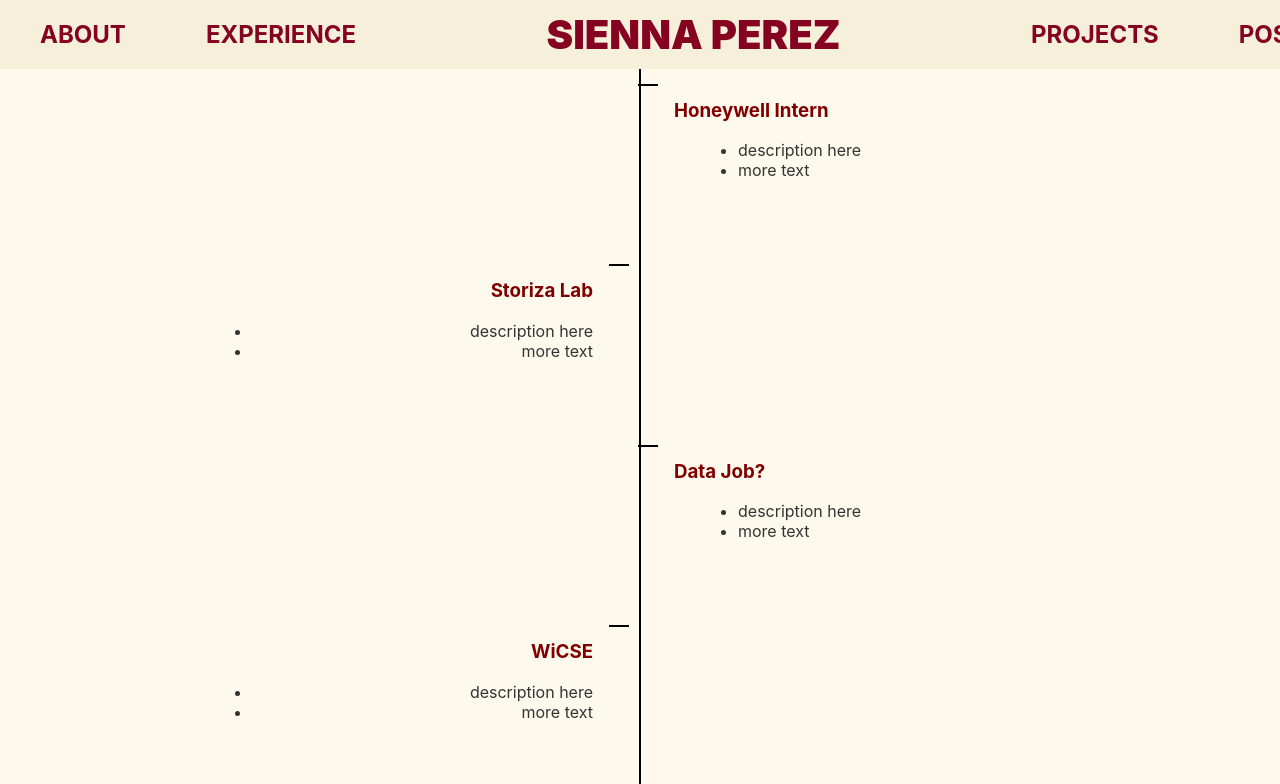
Repository: siennaperez/siennaperezweb
Page: /experience
An editor plug-in stored every save of this project. The page is shown before and after the next save, followed by the edit.
The browser window is 1280 px wide. The pictures show the whole page.
An inner scrolling area shows only its first screen. The project was rebuilt for these pictures with package versions that can differ from the ones it lists, and the page was loaded fresh each time. Also part of the build but not shown: src/App.css, src/pages/About.css, src/pages/About.js, src/pages/Home.js.

Above is the page before, as saved 2025-09-21 15:16:35.

### src/App.js
import './App.css';
import ReactDOM from "react-dom/client";
import { BrowserRouter, Routes, Route, Link } from "react-router-dom";
import Navbar from "./components/Navbar";
import Home from "./pages/Home";
import About from "./pages/About";
import Experience from "./pages/Experience";


function App() {
  return (
    <BrowserRouter>
      <Navbar />
      <Routes>
        <Route path="/" element={<Home />} />
        <Route path="/about" element={<About />} />
        <Route path="/experience" element={<Experience />} />

      </Routes>
    </BrowserRouter>
  );
}

export default App;

const root = ReactDOM.createRoot(document.getElementById('root'));
root.render(<App />);

### src/components/Navbar.js
import "./Navbar.css";

import { Link } from 'react-router-dom';

const Navbar = () => {
  return (
    <nav className= "navbar">
      <ul className="nav-list">
        <div class="nav-left">
      <li class="nav-item"><a href="/about">ABOUT</a></li>
      <li class="nav-item"><a href="/experience">EXPERIENCE</a></li>
    </div>

    <div class="nav-center">
      <li class="nav-item"><a href="/">SIENNA PEREZ</a></li>
    </div>

    <div class="nav-right">
      <li class="nav-item"><a href="/projects">PROJECTS</a></li>
      <li class="nav-item"><a href="/posts">POSTS</a></li>
    </div>
      </ul>

    </nav>
  );
}

export default Navbar;

### src/pages/Experience.js
import "./Experience.css";


function Experience() {
return (
    <div className="experience-container">
      <div className="timeline">
        {/* Honeywell */}
        <div className="timeline-item right">
          <h3>Honeywell Intern</h3>
          <ul>
            <li>description here</li>
            <li>more text</li>
          </ul>
        </div>

        {/* Storiza Lab */}
        <div className="timeline-item left">
          <h3>Storiza Lab</h3>
          <ul>
            <li>description here</li>
            <li>more text</li>
          </ul>
        </div>

        {/* Data Job */}
        <div className="timeline-item right">
          <h3>Data Job?</h3>
          <ul>
            <li>description here</li>
            <li>more text</li>
          </ul>
        </div>

        {/* WiCSE */}
        <div className="timeline-item left">
          <h3>WiCSE</h3>
          <ul>
            <li>description here</li>
            <li>more text</li>
          </ul>
        </div>

        {/* WECE */}
        <div className="timeline-item right">
          <h3>WECE</h3>
          <ul>
            <li>description here</li>
            <li>more text</li>
          </ul>
        </div>
      </div>
    </div>
  );
}
  export default Experience;

### src/components/Navbar.css
.navbar {
  background-color: #F6F0DA;
  padding: 10px 40px;
  position: fixed;
  width: 100%;
  top: 0;
  z-index: 100;
}

.nav-list {
  display: flex;
  justify-content: space-between;
  align-items: center;
  list-style: none;
  margin: 0;
  padding: 0;
  font-weight: bold;
  font-size: 24px;
  color: #850221;
}

.nav-left,
.nav-right {
  display: flex;
  gap: 80px;
}

.nav-center {
  font-size: 40px;
  font-weight: 900;
}

.nav-item a {
  text-decoration: none;
  color: #850221;
}

### src/pages/Experience.css
.experience-container {
  background-color: #fdf9ed; /* light beige like mockup */
  padding: 2rem;
  height: 100vh;
  overflow-y: scroll; /* makes it scroll */
}

.timeline {
  position: relative;
  margin: 0 auto;
  width: 80%;
  max-width: 900px;
}

.timeline::before {
  content: "";
  position: absolute;
  top: 0;
  bottom: 0;
  left: 50%;
  width: 2px;
  background: #000;
  transform: translateX(-50%);
}

/* Each timeline item */
.timeline-item {
  width: 45%;
  padding: 1rem;
  position: relative;
  margin: 2rem 0;
}

.timeline-item h3 {
  color: #800000; /* deep red like mockup */
  font-weight: bold;
}

.timeline-item ul {
  list-style-type: disc;
  margin-left: 1.5rem;
  color: #333;
}

/* Positioning left & right */
.timeline-item.left {
  text-align: right;
  left: -2%;
}

.timeline-item.right {
  text-align: left;
  left: 52%;
}

/* Add connector line */
.timeline-item.left::before,
.timeline-item.right::before {
  content: "";
  position: absolute;
  top: 20px;
  width: 20px;
  height: 2px;
  background: #000;
}

.timeline-item.left::before {
  right: -20px;
}

.timeline-item.right::before {
  left: -20px;
}

Loaded but not shown: public/index.html (common file); src/index.js (common file); src/index.css (common file); src/reportWebVitals.js (common file)

After the next save:
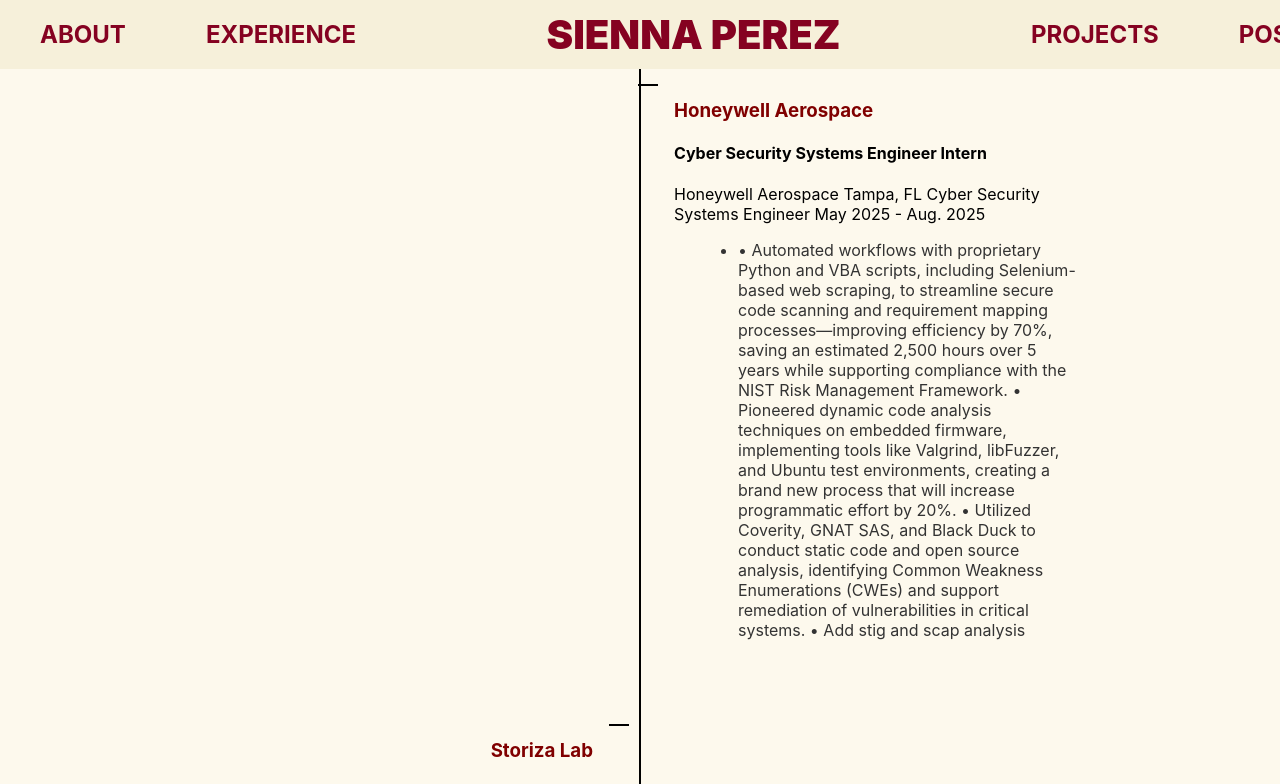
Saved 2 min 27 s later.
--- a/src/pages/Experience.js
+++ b/src/pages/Experience.js
@@ -7,10 +7,17 @@
       <div className="timeline">
         {/* Honeywell */}
         <div className="timeline-item right">
-          <h3>Honeywell Intern</h3>
+          <h3>Honeywell Aerospace</h3>
+          <h4>Cyber Security Systems Engineer Intern</h4>
+          Honeywell Aerospace					             					    Tampa, FL
+Cyber Security Systems Engineer 								         May 2025 - Aug. 2025
+
+
           <ul>
-            <li>description here</li>
-            <li>more text</li>
+            <li>•	Automated workflows with proprietary Python and VBA scripts, including Selenium-based web scraping, to streamline secure code scanning and requirement mapping processes—improving efficiency by 70%, saving an estimated 2,500 hours over 5 years while supporting compliance with the NIST Risk Management Framework.
+•	Pioneered dynamic code analysis techniques on embedded firmware, implementing tools like Valgrind, libFuzzer, and Ubuntu test environments, creating a brand new process that will increase programmatic effort by 20%.
+•	Utilized Coverity, GNAT SAS, and Black Duck to conduct static code and open source analysis, identifying Common Weakness Enumerations (CWEs) and support remediation of vulnerabilities in critical systems.
+•	Add stig and scap analysis</li>
           </ul>
         </div>
 
